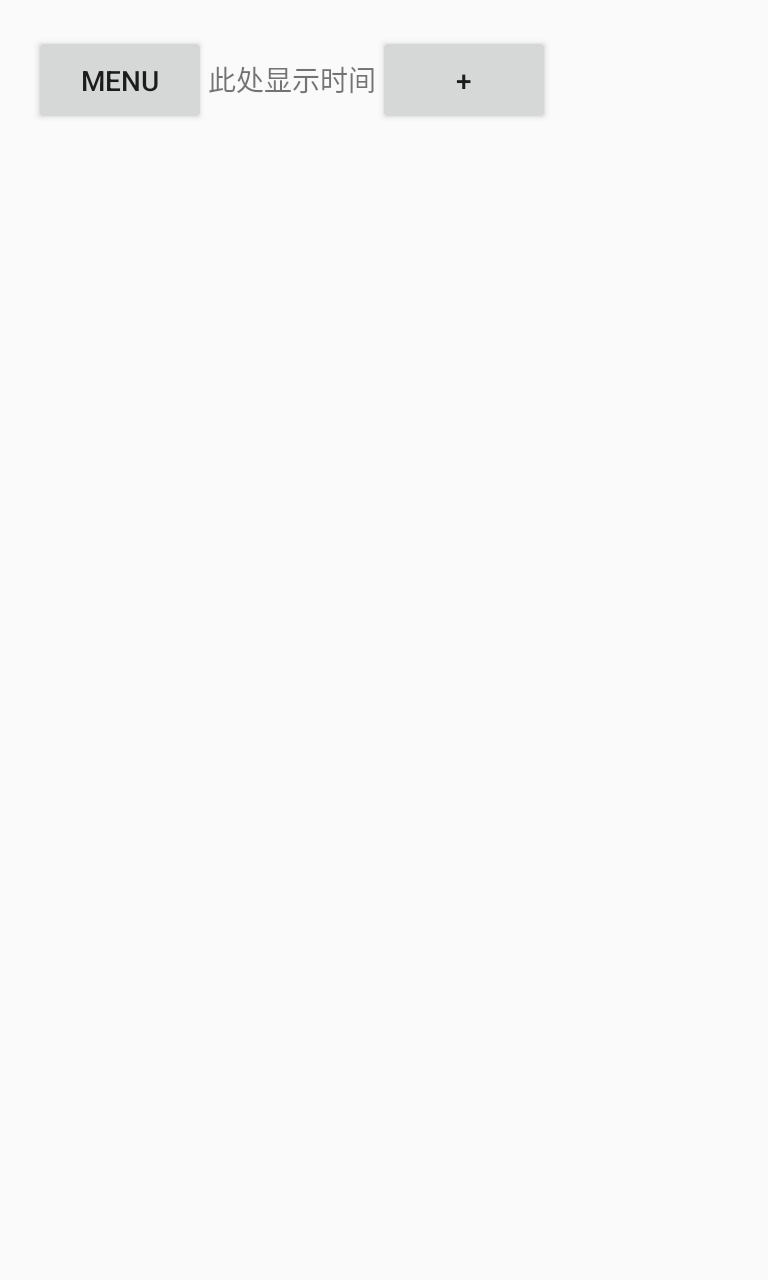
Repository: sh-zh-en/NBTodo
Layout: nbtodo/NBTodo/res/layout/activity_nbtodo_main.xml
The author's editor kept a copy of each file at every save. The layout is drawn from the files as they stood at one save, then again after the next save.
It is drawn on a 768 x 1280 px phone screen (xhdpi) without system bars, with theme AppTheme; the app's code is not run.

Above is the layout before, as saved 2015-03-05 08:42:21.

After the next save:
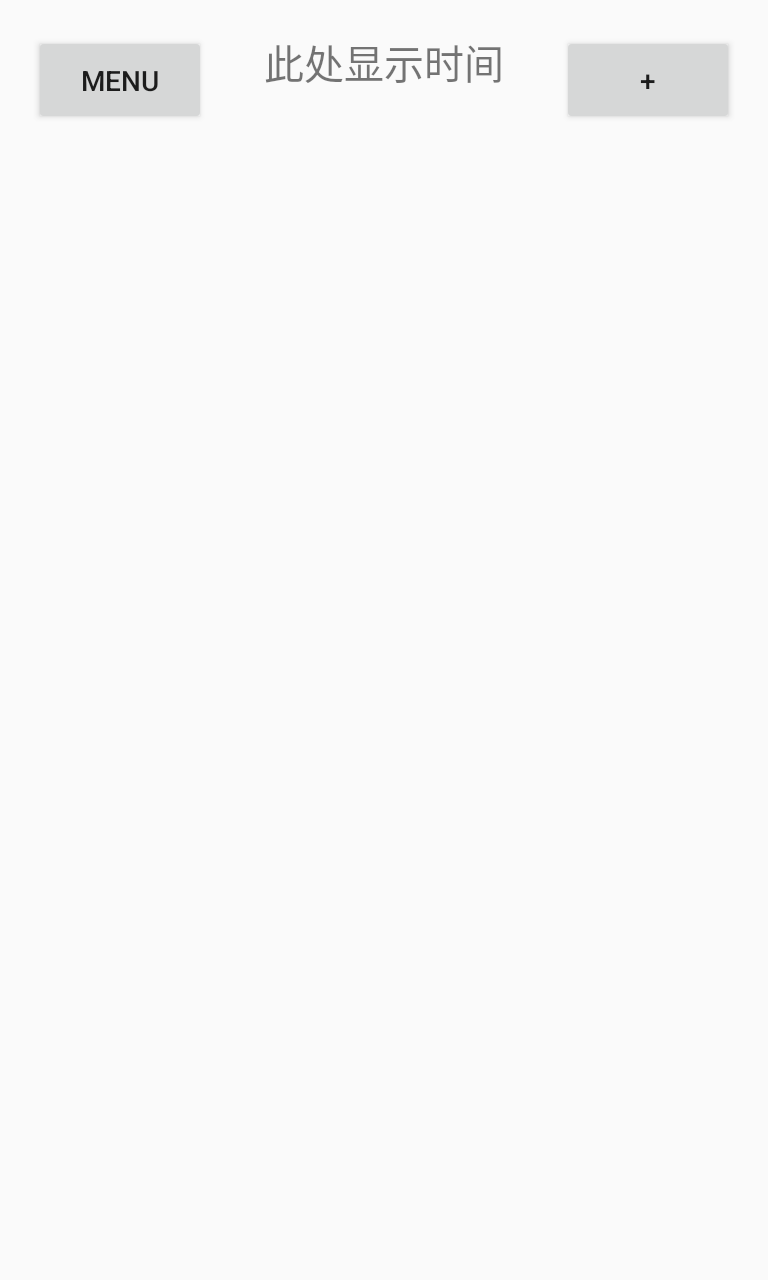
Saved 28 min 49 s later.
--- a/nbtodo/NBTodo/res/layout/activity_nbtodo_main.xml
+++ b/nbtodo/NBTodo/res/layout/activity_nbtodo_main.xml
@@ -7,29 +7,34 @@
     android:paddingRight="@dimen/activity_horizontal_margin"
     android:paddingTop="@dimen/activity_vertical_margin"
     tools:context="com.nba.nbtodo.NBTodoMainActivity" >
-    <LinearLayout
-		android:layout_width="match_parent"
-		android:layout_height="match_parent"
-		android:orientation="horizontal" >
+    <FrameLayout
+        android:layout_width="match_parent"
+        android:layout_height="wrap_content"
+        android:layout_gravity="bottom"
+		android:weightSum="2"
+        android:orientation="vertical" >
+		<TextView
+	        android:id="@+id/textview"
+	        android:layout_width="fill_parent"
+	        android:layout_height="wrap_content"
+	        android:text="@string/show_time"
+	        android:gravity="center"
+		    android:textSize="20dp"
+			/>
 		<Button
 	        android:id="@+id/button_task_menu"
 	        android:layout_width="wrap_content"
 	        android:layout_height="wrap_content"
 	        android:text="@string/task_menu"
 	        />
-		<TextView
-	        android:id="@+id/textview"
-	        android:layout_width="wrap_content"
-	        android:layout_height="wrap_content"
-	        android:text="@string/show_time"
-			/>
 		<Button
 	        android:id="@+id/button_addition_task"
 	        android:layout_width="wrap_content"
 	        android:layout_height="wrap_content"
+		    android:layout_gravity="right"
 	        android:text="@string/addition_task_button"
 	        />
-	</LinearLayout>
+	</FrameLayout>
 
 
 
